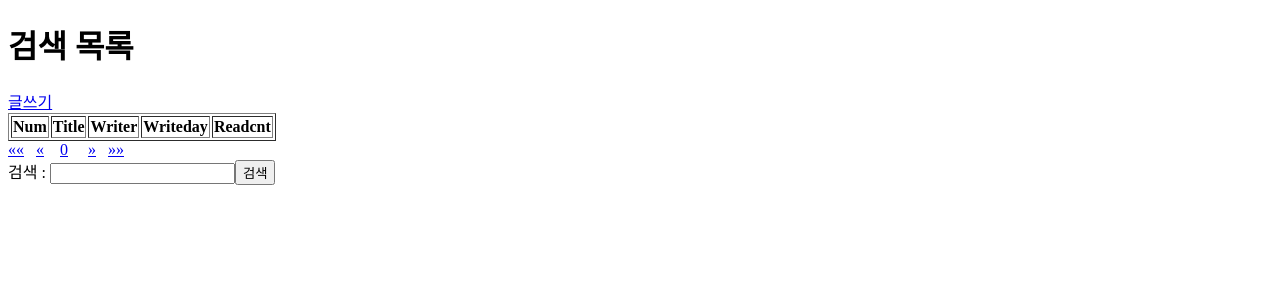
Repository: sanghshlsh/workspace_jsp
Page: http://localhost/Board3/search.jsp
The author's editor kept a copy of each file at every save. The page is drawn from the files as they stood at one save, then again after the next save.
The browser window is 1280 px wide. The pictures show the whole page.
The page is served by Tomcat 9. The template is opened directly, without the code that normally fills it, so the values that code supplies are empty.

Above is the page before, as saved 2020-06-09 03:46:29.

After the next save:
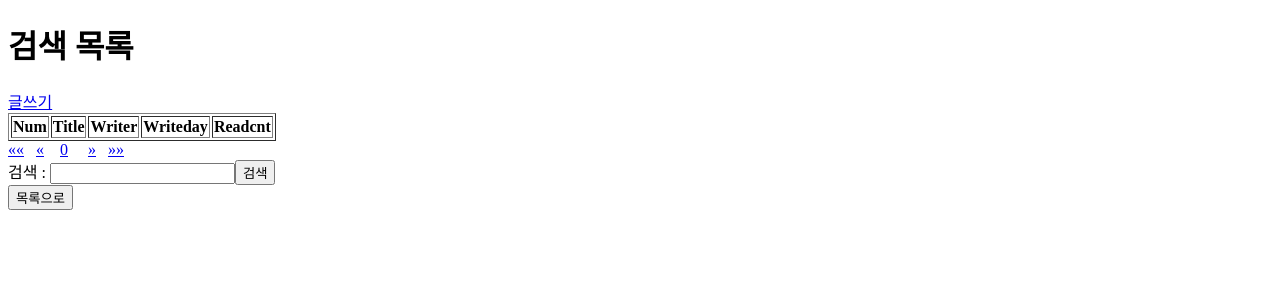
Saved 24 s later.
--- a/Board3/WebContent/search.jsp
+++ b/Board3/WebContent/search.jsp
@@ -69,7 +69,10 @@
 <form action="search.do?title=">
 검색 : <input name="title"><input type="submit" value="검색">
 </form>
-
+</form>
+<form action="list.do" method="get">
+<input type="submit" value="목록으로">
+</form>
 
 
 <%--
